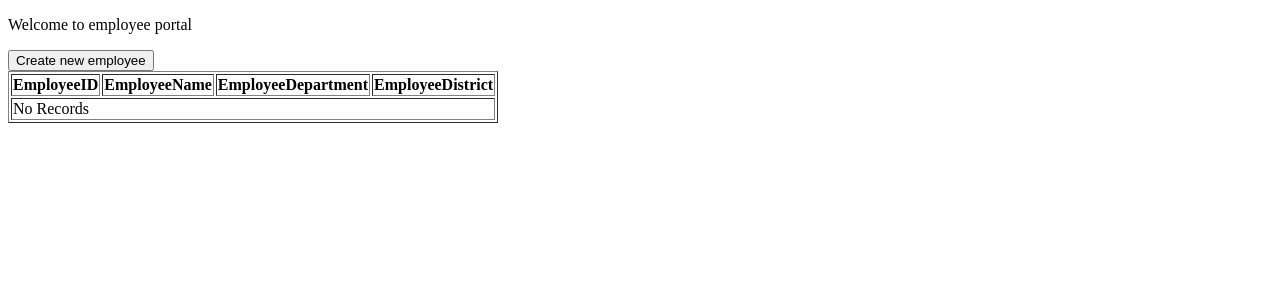
Repository: tamilnila96/Servlet
Page: http://localhost/EmployeeDetails/
These files come from the project's save history. The page is drawn as it stood at one moment and after the next save; the edit follows.
The browser window is 1280 px wide. The pictures show the whole page.
The page is served by Tomcat 9. Other server files are loaded and not shown.

Above is the page before, as saved 2025-05-12 09:00:15.

### EmployeeDetails/WebContent/index.jsp
<%@ page language="java" contentType="text/html; charset=ISO-8859-1"
    pageEncoding="ISO-8859-1"%>
<!DOCTYPE html>
<html>
<head>
<meta charset="ISO-8859-1">
<title>EmployeeInformation</title>
</head>
<body>
<p> Welcome to employee portal </p>
<!-- Use a form to safely trigger servlet -->
    <form action="<%= request.getContextPath() %>/Employee" method="get">
        <button type="submit">Create new employee</button>
    </form>

    <table border = "1">
    <tr>
    <th>EmployeeID</th>
     <th>EmployeeName</th>
      <th>EmployeeDepartment</th>
       <th>EmployeeDistrict</th>
    </tr>
    <tr>
    <td colspan = "4">No Records </td>
    </tr>
    </table>

</body>
</html>

After the next save:
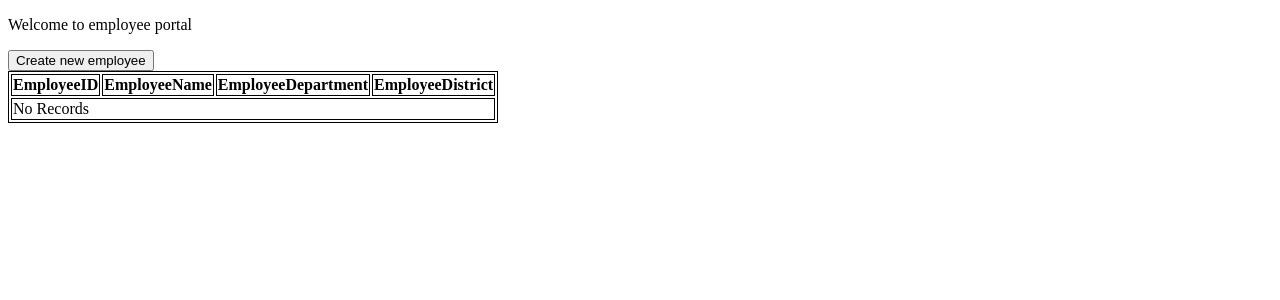
Saved 3 min 7 s later.
--- a/EmployeeDetails/WebContent/index.jsp
+++ b/EmployeeDetails/WebContent/index.jsp
@@ -5,6 +5,12 @@
 <head>
 <meta charset="ISO-8859-1">
 <title>EmployeeInformation</title>
+<style>
+table,th,td{
+border : 1px solid black;
+border-collapse:border;
+}
+   </style>
 </head>
 <body>
 <p> Welcome to employee portal </p>
@@ -12,8 +18,7 @@
     <form action="<%= request.getContextPath() %>/Employee" method="get">
         <button type="submit">Create new employee</button>
     </form>
-
-    <table border = "1">
+   <table >
     <tr>
     <th>EmployeeID</th>
      <th>EmployeeName</th>
